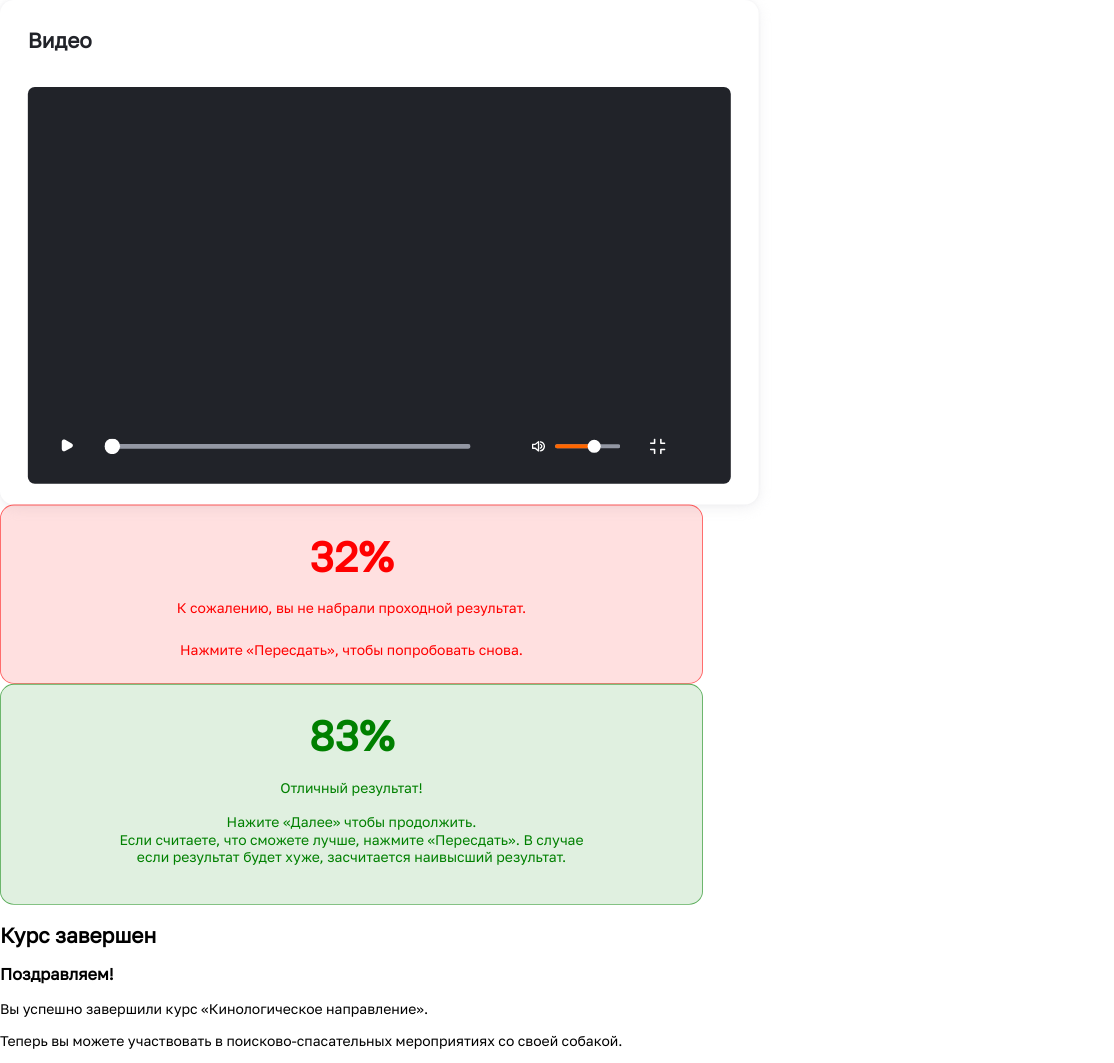
Repository: RuslanSR2424/Group5_LizaAlert
Page: index.html
The author's editor kept a copy of each file at every save. The page is drawn from the files as they stood at one save, then again after the next save.
The browser window is 1280 px wide. The pictures show the whole page, at 87% of full size.

Above is the page before, as saved 2022-03-10 13:50:02.

After the next save:
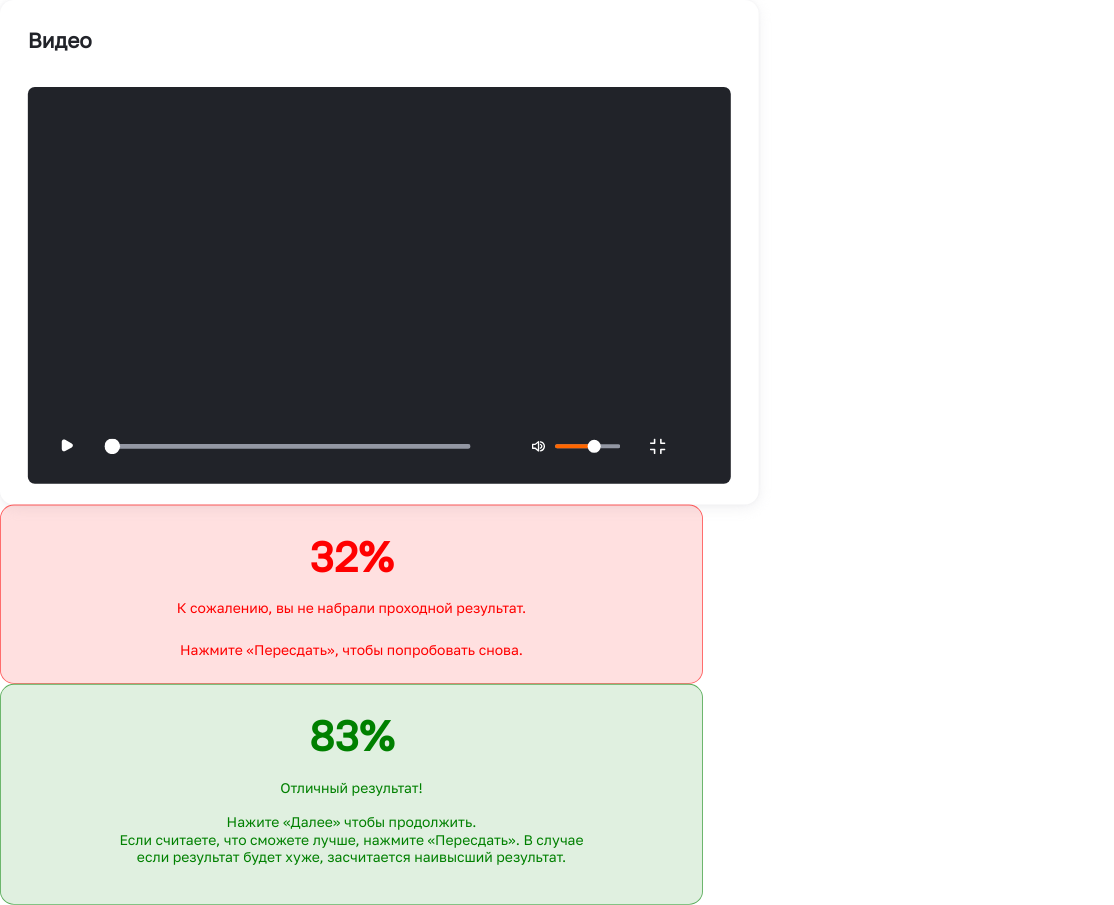
Saved 15 min 55 s later.
--- a/index.html
+++ b/index.html
@@ -39,17 +39,6 @@
 
         </div>
     </section>
-    <section class="endOfCourse">
-        <div class="endOfCourse__congratulate">
-            <h2 class="endOfCourse__name">Курс завершен</h2>
-            <div class="endOfCourse__container_type_congratulate">
-                <h3 class="endOfCourse__title">Поздравляем!</h3>
-                <p class="congratulate__text">Вы успешно завершили курс «Кинологическое направление».</p>
-                <p class="congratulate__text">Теперь вы можете участвовать в поисково-спасательных мероприятиях со своей собакой.</p>
-            </div>
-        </div>
-        <div class="sorry"></div>
-    </section>
 </body>
 
 </html>
